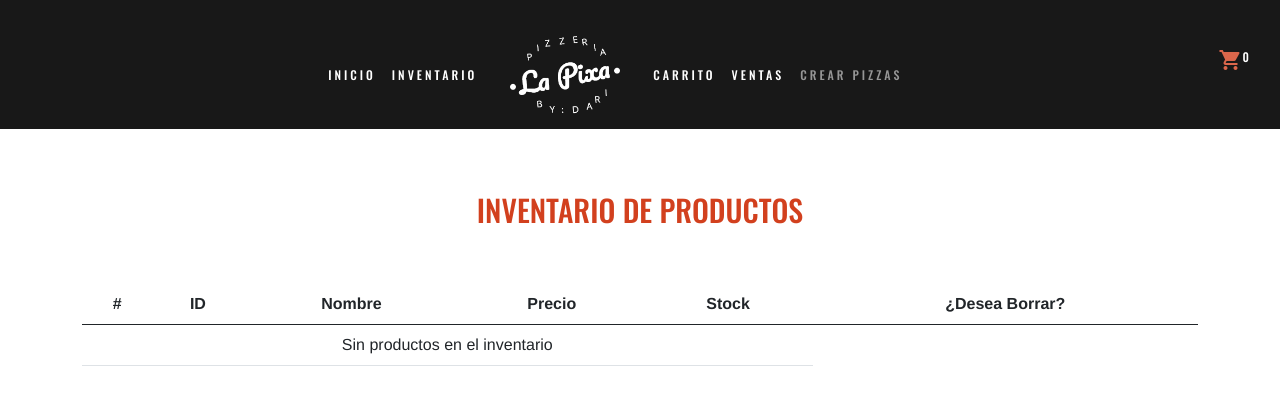
Repository: Darigo30/prueba-vue-dari-pizza
Page: /inventario
An editor plug-in stored every save of this project. The page is shown before and after the next save, followed by the edit.
The browser window is 1280 px wide. The pictures show the whole page.
The project was rebuilt for these pictures with package versions that can differ from the ones it lists, and the page was loaded fresh each time. Also part of the build but not shown: src/views/Home.vue.

Above is the page before, as saved 2021-05-23 22:20:19.

### public/index.html
<!DOCTYPE html>
<html lang="">
  <head>
    <meta charset="utf-8">
    <meta http-equiv="X-UA-Compatible" content="IE=edge">
    <meta name="viewport" content="width=device-width,initial-scale=1.0">
    <link rel="icon" href="<%= BASE_URL %>favicon.ico">
    <link href="https://cdn.jsdelivr.net/npm/bootstrap@5.0.0/dist/css/bootstrap.min.css" rel="stylesheet" integrity="sha384-wEmeIV1mKuiNpC+IOBjI7aAzPcEZeedi5yW5f2yOq55WWLwNGmvvx4Um1vskeMj0" crossorigin="anonymous">
    <link href="https://fonts.googleapis.com/icon?family=Material+Icons"
      rel="stylesheet">
      <link rel="preconnect" href="https://fonts.gstatic.com">
      <link href="https://fonts.googleapis.com/css2?family=Oswald:wght@300;500&display=swap" rel="stylesheet">
    <title>Pizzeria La Pixa</title>
  </head>
  <body>
    <noscript>
      <strong>We're sorry but doesn't work properly without JavaScript enabled. Please enable it to continue.</strong>
    </noscript>
    <div id="app"></div>
    <script src="https://cdn.jsdelivr.net/npm/bootstrap@5.0.0/dist/js/bootstrap.bundle.min.js" integrity="sha384-p34f1UUtsS3wqzfto5wAAmdvj+osOnFyQFpp4Ua3gs/ZVWx6oOypYoCJhGGScy+8" crossorigin="anonymous"></script>
    <!-- built files will be auto injected -->
  </body>
</html>

### src/main.js
import Vue from "vue";
import App from "./App.vue";
import router from "./router";
import store from "./store";
import firebase from "firebase";



Vue.config.productionTip = false;


new Vue({
  router,
  store,
  firebase,
  render: (h) => h(App),
}).$mount("#app");

### src/App.vue
<template>
  <div id="app">
    <Nav />
    <router-view />
  </div>
</template>

<script>
import Nav from "@/components/Nav.vue";
import { mapActions } from "vuex";

export default {
  name: "App",
  components: {
    Nav,
  },
  methods: {
    ...mapActions(["getData", "setDataPizzasDb"]),
  },
  created() {
    this.getData();
    this.setDataPizzasDb();
  },
};
</script>

<style lang="scss">
#app {
  font-family: Avenir, Helvetica, Arial, sans-serif;
  -webkit-font-smoothing: antialiased;
  -moz-osx-font-smoothing: grayscale;
  text-align: center;
  color: #2c3e50;
}
</style>

### src/router/index.js
import Vue from "vue";
import VueRouter from "vue-router";
import Home from "../views/Home.vue";

Vue.use(VueRouter);

const routes = [
  {
    path: "/",
    name: "Home",
    component: Home,
  },
  {
    path: "/inventario",
    name: "Inventario",
    component: () =>
      import(/* webpackChunkName: "inventario" */ "../views/Inventario.vue"),
  },
  {
    path: "/ventas",
    name: "Ventas",
    component: () =>
      import(/* webpackChunkName: "ventas" */ "../views/Ventas.vue"),
  },
  {
    path: "/carrito",
    name: "Carrito",
    component: () =>
      import(/* webpackChunkName: "carrito" */ "../views/Carrito.vue"),
  },
  {
    path: "*",
    name: "error404",
    component: () =>
      import(/* webpackChunkName: "error404" */ "../views/error404.vue"),
  },
  {
    path: "/crearPizzas",
    name: "CrearPizzas",
    component: () =>
      import(/* webpackChunkName: "crearPizzas" */ "../views/CrearPizzas.vue"),
  },
  // {
  //   path: "/about",
  //   name: "About",
  // route level code-splitting
  // this generates a separate chunk (about.[hash].js) for this route
  // which is lazy-loaded when the route is visited.
  //   component: () =>
  //     import(/* webpackChunkName: "about" */ "../views/About.vue"),
  // },
];

const router = new VueRouter({
  mode: "history",
  base: process.env.BASE_URL,
  routes,
});

export default router;

### src/store/index.js
import Vue from "vue";
import Vuex from "vuex";
//import axios from "axios";

import { db } from "../../firebase";

Vue.use(Vuex);

export default new Vuex.Store({
  state: {
    productos: [],
    carrito: [],
    ventas: [],
  },
  getters: {
    cantidadCarrito(state) {
      return state.carrito.length;
    },
    productosFiltrados(state) {
      const productos = state.productos.filter((pizza) => pizza.stock > 0);
      return !productos ? [] : productos;
    },
    totalCarrito(state) {
      const carrito = state.carrito;
      if (carrito.length === 0) return 0;
      const suma = carrito.reduce((acc, x) => acc + x.subtotal, 0);
      return suma;
    },
  },
  mutations: {
    cargarData(state, payload) {
      state.productos = payload;
    },
    agregarPizza(state, payload) {
      const agregar = payload.id;
      const cantidad = 1;
      const nombre = payload.nombre;
      const precio = payload.precio;
      const subtotal = precio * cantidad;

      const finder = state.carrito.find((obj) => obj.id === agregar);

      if (!finder) {
        const obj = {
          id: agregar,
          cantidad,
          nombre,
          precio,
          subtotal,
        };
        state.carrito.push(obj);
      } else {
        finder.cantidad = cantidad + finder.cantidad;
        finder.subtotal = finder.cantidad * precio;
      }
    },
    comprar(state) {
      const respuesta = confirm("¿Quieres comprar ahora?");
      if (respuesta) {
        const venta = state.carrito.map((obj) => {
          const obj2 = {
            id: obj.id,
            nombre: obj.nombre,
            precioSubtotal: obj.subtotal,
            cantidadVendida: obj.cantidad,
          };
           return obj2;
        });
        venta.forEach((producto) => {
          const ventarec = producto;
          const finder = state.ventas.find((obj) => obj.id === ventarec.id);

          if (!finder) {
            state.ventas.push(ventarec);
          } else {
            state.ventas = state.ventas.map((vend) => {
              const obj3 = {
                id: vend.id,
                nombre: vend.nombre,
                precioSubtotal: vend.id === ventarec.id ? vend.precioSubtotal + ventarec.precioSubtotal : vend.precioSubtotal,
                cantidadVendida: vend.id === ventarec.id ? vend.cantidadVendida + ventarec.cantidadVendida : vend.cantidadVendida,
              };
               return obj3;
            });
          }

        });
        state.carrito.forEach((el) => {
        state.productos = state.productos.map((resta) => {
            const obj4 = {
              desc: resta.desc,
              id: resta.id,
              img: resta.img,
              ing: resta.ing,
              name: resta.name,
              price: resta.price,
              stock: el.id === resta.id ? resta.stock - el.cantidad : resta.stock ,
            };
            return obj4;
          })
        });
      state.carrito = [];
      }
    },
    //guardar pizzas de API inicial en colleccion de firebase
    guardarPizzasEnDB(state) {
      console.log(state);
      /*setTimeout(() => {
        try {
          const productos = state.productos;
          console.log(productos);
          productos.forEach(async (producto) => {
            await db.collection("pizzas").add(producto);
          });
        } catch (error) {
          console.log(error);
        }
      }, 2000);*/
    },
    agregarNuevaPizza(state, payload) {
      const existe = state.productos.find((pizza) => pizza.id === payload.id);
      // Si no existe ingresar a la base de datos.
      if (!existe) state.productos.push(payload);
    },
  },
  actions: {
    async getData({ commit }) {
      // const url =
      //   "https://us-central1-apis-varias-mias.cloudfunctions.net/pizzeria";
      try {
        // const req = await axios(url);
        // const pizzas = req.data;
        // const pizzasStock = pizzas.map((obj) => {
        //   obj.stock = 10;
        //   return obj;
        // });
        const pizzasStock = [];
        const fire = await db.collection("pizzas");
        fire.get()
        .then((querySnapshot) => {
            querySnapshot.forEach((doc) => {
                pizzasStock.push(doc.data());
                console.log(doc.id, " => ", doc.data());
            });
        })
        commit("cargarData", pizzasStock);
      } catch (error) {
        console.log(error);
      }
    },
    async setDataPizzasDb({ commit }){
      commit("guardarPizzasEnDB");
    },
    async crearNuevaPizza({ commit, state }, payload) {
      const pizza = payload;
      if (!pizza) return;

      //Validar si existe una pizza con el mismo ID

      const verificarId = state.productos.filter(pizza =>  pizza.id === payload.id);
      if(verificarId.length !== 0){
        alert("ya existe un ID con ese producto", verificarId);
        console.log(verificarId);
        return;
      }


      // Actualizar el state
      commit("agregarNuevaPizza", pizza);
      // Actualizar Firebase
      // Preguntar si el ID existe en Firebase: (TAREA)
      // try {
      //   const req = await db.collection("pizza").get();
      //   req.docs.forEach(obj => {
      //     const pizzaFirebase = obj.data();
      //     const idFirebase = pizzaFirebase.id;

      //     // Tiene un problema: ¿Cuál es? (Tarea)
      //     if (idFirebase === pizza.id) return;
      //     await db.collection("pizzas").add(pizza);
      //   })
      // } catch (error) {
      //   console.log(error);
      // }
      await db.collection("pizzas").add(pizza);
    },
    async borrarPizzas({ commit, state }, payload) {
      commit("");

      //Me borra la fila completa

      let borradoFila = state.productos.filter(fila => fila.id != payload );
      state.productos = borradoFila;

      // Borra en Firestore

      let collectionRef = db.collection("pizzas");
      collectionRef.where("id", "==", payload)
      .get()
      .then(querySnapshot => {
        querySnapshot.forEach((doc) => {
          doc.ref.delete().then(() => {
            console.log("el doc fue borrado");
          }).catch(function(error) {
            console.error("ha ocurrido un error al borrar: ", error);
          });
        });
      })
      .catch(function(error) {
        console.log("Error al obtener el documento: ", error);
      });
    }
  },
});

### src/components/Nav.vue
<template>
  <nav class="navbar navbar-expand-lg navbar-dark bg-dark">
    <div class="container-fluid">
      <!-- <a class="navbar-brand" href="#">Navbar</a> -->

      <button
        class="navbar-toggler"
        type="button"
        data-bs-toggle="collapse"
        data-bs-target="#navbarNav"
        aria-controls="navbarNav"
        aria-expanded="false"
        aria-label="Toggle navigation"
      >
        <span class="navbar-toggler-icon"></span>
      </button>

      <div class="collapse navbar-collapse" id="navbarNav">
        <ul class="navbar-nav">
          <li class="nav-item">
            <router-link class="nav-link text-white" to="/">Inicio</router-link>
          </li>
          <li class="nav-item">
            <router-link class="nav-link text-white" to="/inventario"
              >Inventario</router-link
            >
          </li>
           <router-link class="navbar-brand" to="/"><img class="logo-lapizza" src="../assets/logo-pizza.png"></router-link>
          <li class="nav-item">
            <router-link class="nav-link text-white" to="/carrito">Carrito</router-link>
          </li>
          <li class="nav-item">
            <router-link class="nav-link text-white" to="/ventas">Ventas</router-link>
          </li>
          <li class="nav-item">
            <router-link class="nav-link" to="/crearPizzas">Crear Pizzas</router-link>
          </li>
        </ul>
      </div>
      <div class="carrito-top">
        <div @click="$router.push('/carrito')" class="carrito-icono"></div>
        <p class="nav-item text-white me-3 num-car">{{ cantidadCarrito }}</p>
      </div>


    </div>
  </nav>
</template>

<script>
import { mapGetters } from "vuex";

export default {
  name: "Nav",
  computed: {
    ...mapGetters(["cantidadCarrito"]),
  },
};
</script>

<style lang="scss" scoped>
.carrito-icono {
  width: 24px;
  height: 24px;
  line-height: 24px;
  cursor: pointer;

  &::before {
    content: "shopping_cart";
    font-family: "Material Icons";
    font-size: 1.5rem;
    color: #db664b;
  }
}
nav {
  position: fixed;
  width: 100%;
  z-index: 2;
}
.logo-lapizza{
  width: 100%;
  max-width: 110px;
}
.navbar-expand-lg .navbar-collapse{
  justify-content: center;
  margin: 20px 0 0;
  padding: 0 15px;
}
.navbar-nav{
      flex-direction: row;
    justify-content: center;
    align-content: center;
    align-items: center;
}
.navbar-brand{
  margin: 0 25px;
}
.bg-dark {
    background-color: #181818 !important;
    }
.navbar-expand-lg .navbar-nav .nav-link, .num-car{
  text-transform: uppercase;
  font-size: 12px;
  letter-spacing: 3px;
  font-family: 'Oswald', sans-serif;
  }
.carrito-top{
  display: flex;
}
</style>

### src/views/Inventario.vue
<template>
  <div class="container">
    <div class="row">
      <div class="col-12 padd-t">
        <h1>Inventario de Productos</h1>
      </div>
    </div>
    <div class="row mt-5">
      <div class="col-12">
        <table class="table">
          <thead>
            <tr>
              <th scope="col">#</th>
              <th scope="col">ID</th>
              <th scope="col">Nombre</th>
              <th scope="col">Precio</th>
              <th scope="col">Stock</th>
              <th scope="col">¿Desea Borrar?</th>
            </tr>
          </thead>

          <tbody v-if="productos && productos.length === 0">
            <tr>
              <td colspan="5">Sin productos en el inventario</td>
            </tr>
          </tbody>

          <tbody id= "tabla" v-else>
            <tr :class= "{'red' : producto.stock < 1}" v-for="(producto, i) in productos" :key="i">
              <th scope="row">{{ i + 1 }}</th>
              <td>{{ producto.id }}</td>
              <td>{{ producto.name }}</td>
              <td>{{ producto.price }}</td>
              <td>{{ producto.stock }}</td>
              <td><button @click="borrarPizza(producto.id)" class="btn btn-danger">Borrar Registro</button></td>
            </tr>
          </tbody>
        </table>
      </div>
    </div>
  </div>
</template>

<script>
import { mapState, mapActions } from "vuex";

export default {
  name: "Inventario",
  computed: {
    ...mapState(["productos"]),
  },
  methods: {
    ...mapActions(["borrarPizzas"]),
    borrarPizza(id) {
      this.borrarPizzas(id);
    },
  }

};
</script>
<style scoped>
 .red{
   background-color: red;
   color: #fff;
 }
 .padd-t{
   margin-top: 12rem ;
 }
 h1{
    font-family: 'Oswald', sans-serif;
    font-size: 30px;
    text-transform: uppercase;
    color: #303030;
    font-weight: 500;
    color: #d2401e;
  }

</style>

### firebase.js
// For Firebase JS SDK v7.20.0 and later, measurementId is optional
import firebase from "firebase";

const firebaseConfig = {
    apiKey: "AIzaSyDtWD7T_jkypJfm0HzDkZ7YDyLFE20edJ0",
    authDomain: "pizzeria-37b52.firebaseapp.com",
    projectId: "pizzeria-37b52",
    storageBucket: "pizzeria-37b52.appspot.com",
    messagingSenderId: "965355399653",
    appId: "1:965355399653:web:ba0bb2b3e531f99c7ce70c",
    measurementId: "G-8N9HY3NJ7J"
  };
  firebase.initializeApp(firebaseConfig);

  const db = firebase.firestore();

  export { firebaseConfig , db }

After the next save:
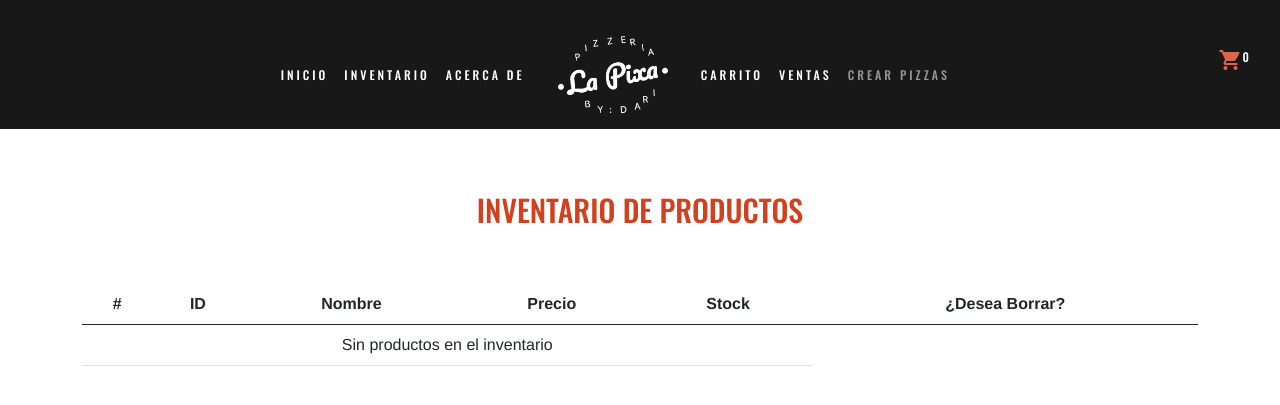
Saved 15 min 28 s later.
--- a/src/components/Nav.vue
+++ b/src/components/Nav.vue
@@ -23,6 +23,11 @@
           <li class="nav-item">
             <router-link class="nav-link text-white" to="/inventario"
               >Inventario</router-link
+            >
+          </li>
+          <li class="nav-item">
+            <router-link class="nav-link text-white" to="/inventario"
+              >Acerca de</router-link
             >
           </li>
            <router-link class="navbar-brand" to="/"><img class="logo-lapizza" src="../assets/logo-pizza.png"></router-link>
